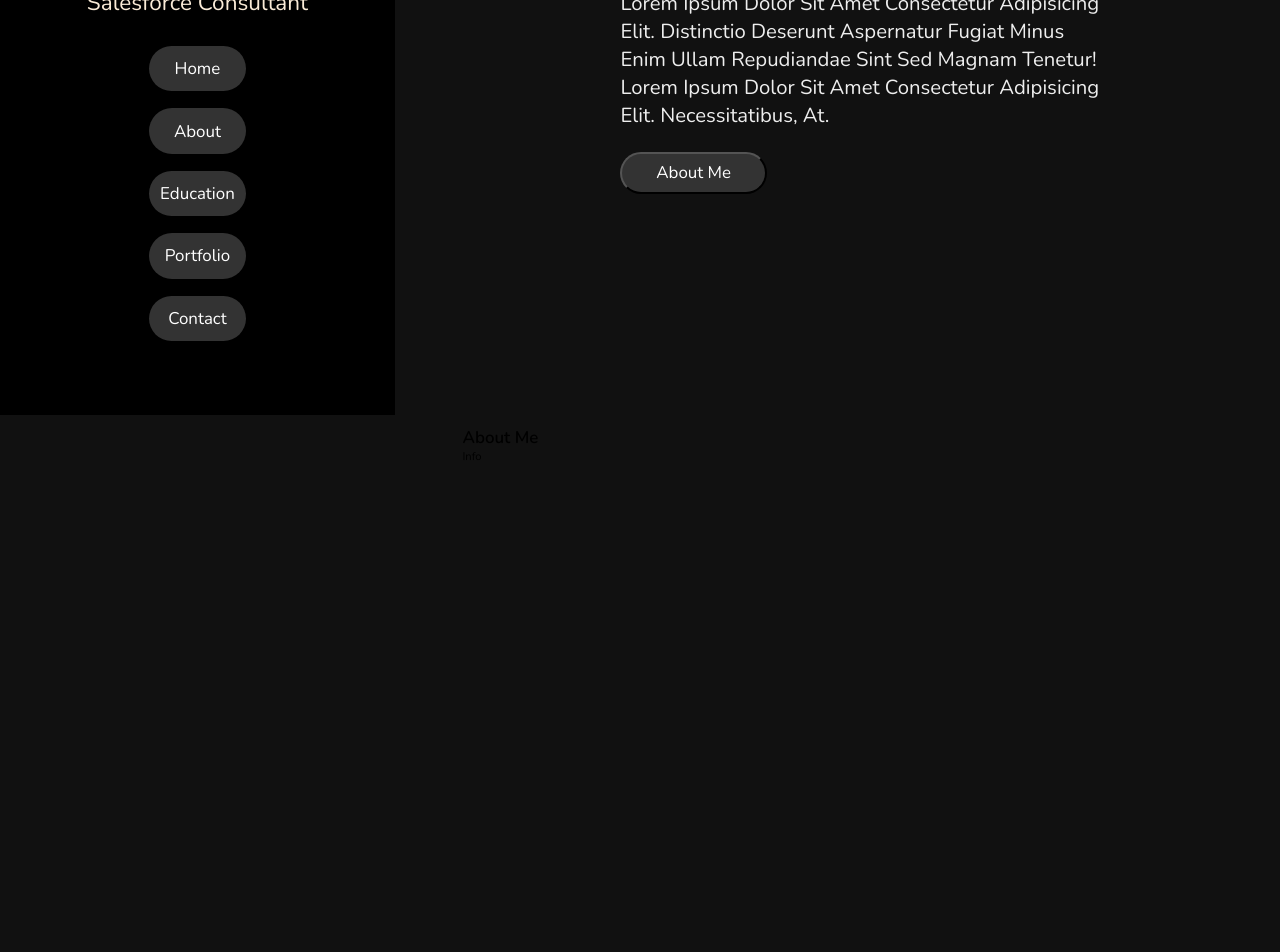
Repository: priyanka-bishnoi/PortfolioPage
Page: MyPage.html
These files come from the project's save history. The page is drawn as it stood at one moment and after the next save; the edit follows.
The browser window is 1280 px wide. The pictures show the part of the page from y = 305 to 1257 px (the page is 1440 px tall).

Above is the page before, as saved 2022-10-08 17:10:13.

After the next save:
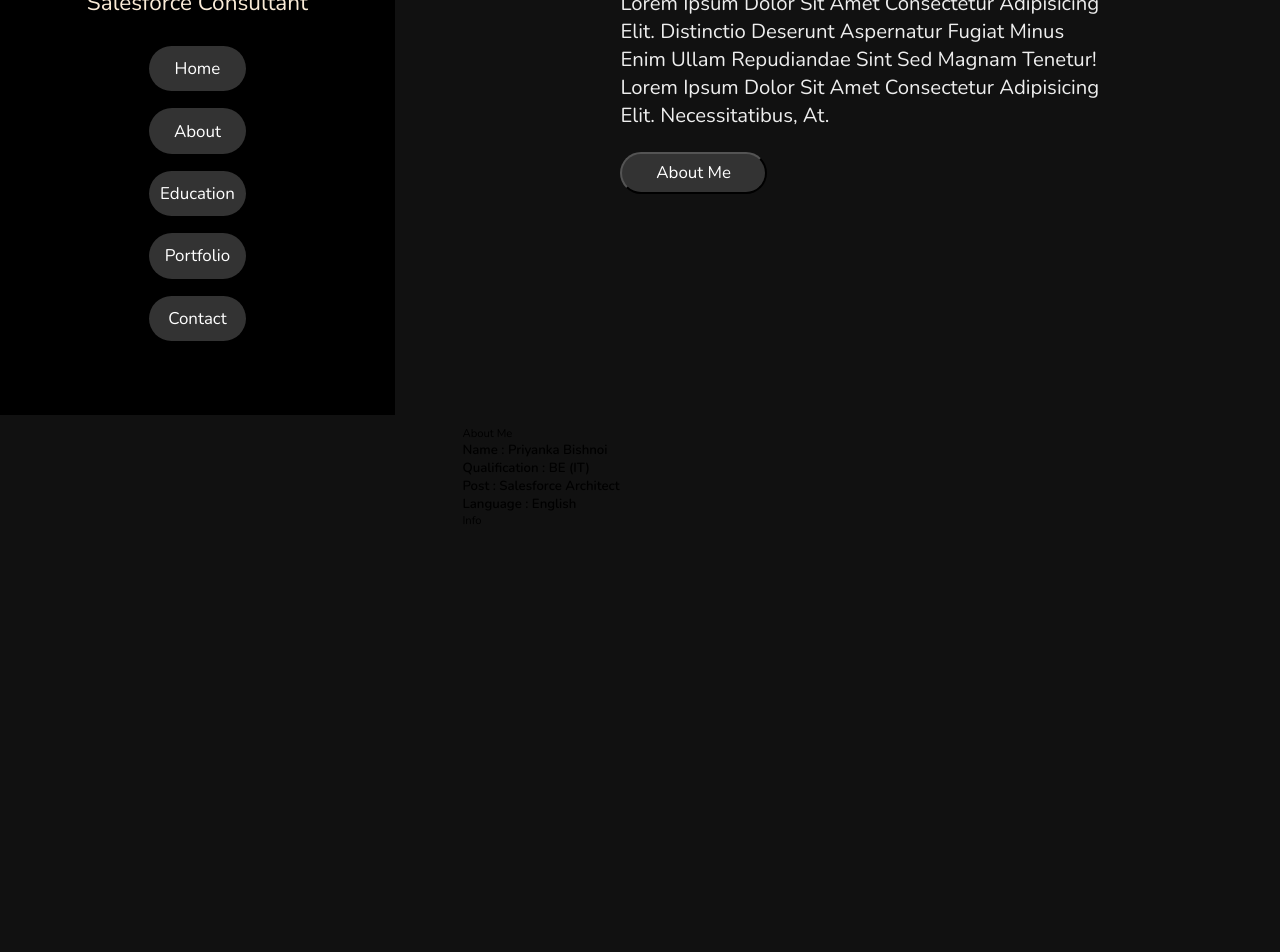
Saved 2 min 53 s later.
--- a/MyPage.html
+++ b/MyPage.html
@@ -42,8 +42,19 @@
 </section>
 
 <section class="about" id="about">
-<heading> <h1>About Me</h1></heading>
+<h1 class="heading"> </h1>About Me</h1>
+
+<div>
+    <div class="row">
+        <h3> <span> name : </span> priyanka bishnoi </h3>
+        <h3> <span> qualification : </span> BE (IT) </h3>
+        <h3> <span> post : </span> Salesforce Architect </h3>
+        <h3> <span> language : </span> English </h3>
+    </div>
+</div>
  <p> Info </p>
+
+
 </section>
 
 </body>
